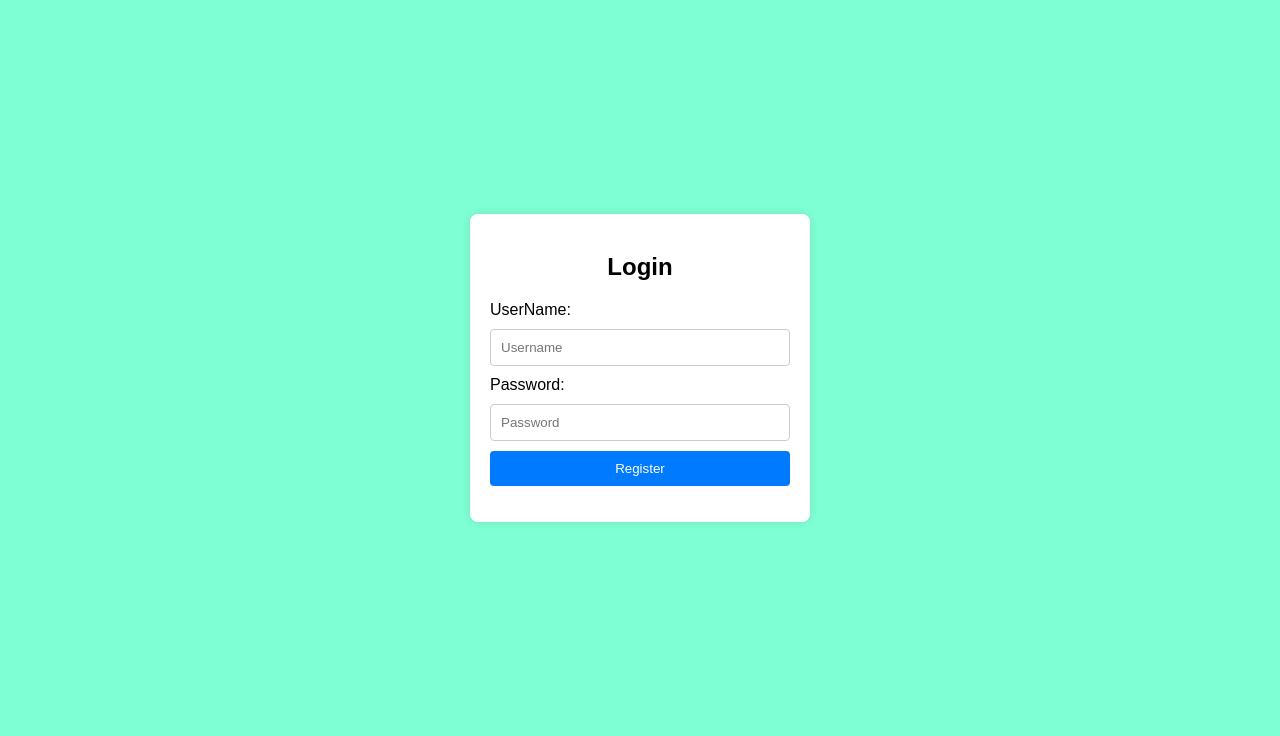
Repository: Femi007-gh/Legend
Page: loginpage.html
These files come from the project's save history. The page is drawn as it stood at one moment and after a run of saves; the edit follows.
The browser window is 1280 px wide. The pictures show the whole page.

Above is the page before, as saved 2025-04-07 21:36:30.

After the next 2 saves:
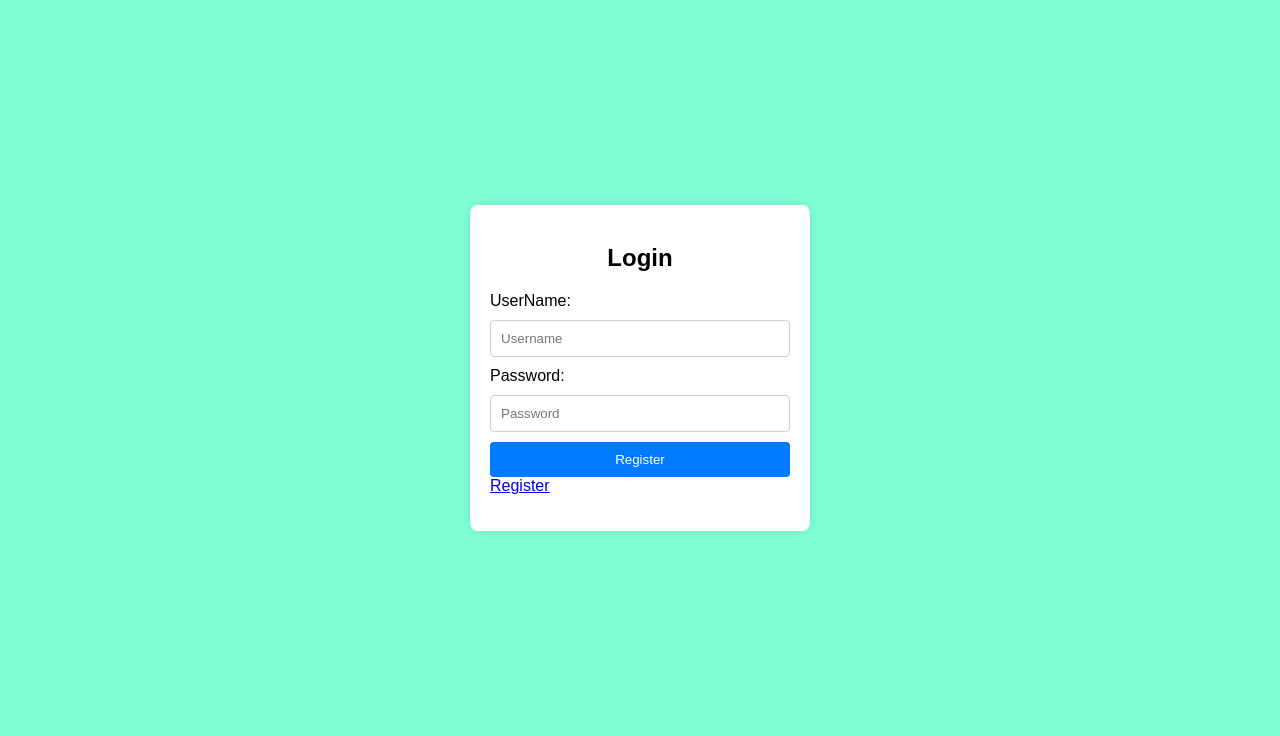
The 2 saves are shown as one change because they came seconds apart.
The last was saved 10 s later.
--- a/loginpage.html
+++ b/loginpage.html
@@ -12,7 +12,7 @@
           <label>Password:</label>
           <input type="password" id="password" placeholder="Password">
          <button type="button">Register</button>
-         <a href="index.html"></a>
+         <a href="index.html">Register</a>
       </form>
   </div>
   </body>
